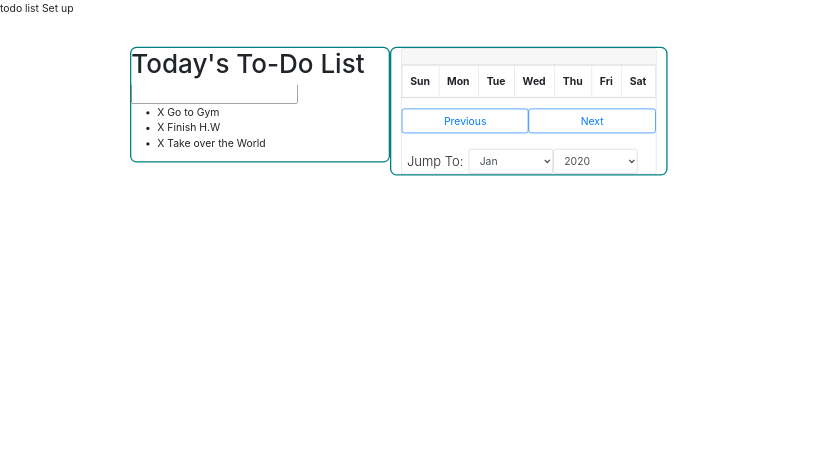
Repository: kkyler24/DayPlanner
Page: Index.html
The author's editor kept a copy of each file at every save. The page is drawn from the files as they stood at one save, then again after the next save.
The browser window is 1280 px wide. The pictures show the whole page, at 65% of full size.
Some web libraries are served in a nearby version.

Above is the page before, as saved 2020-03-29 20:30:35.

After the next save:
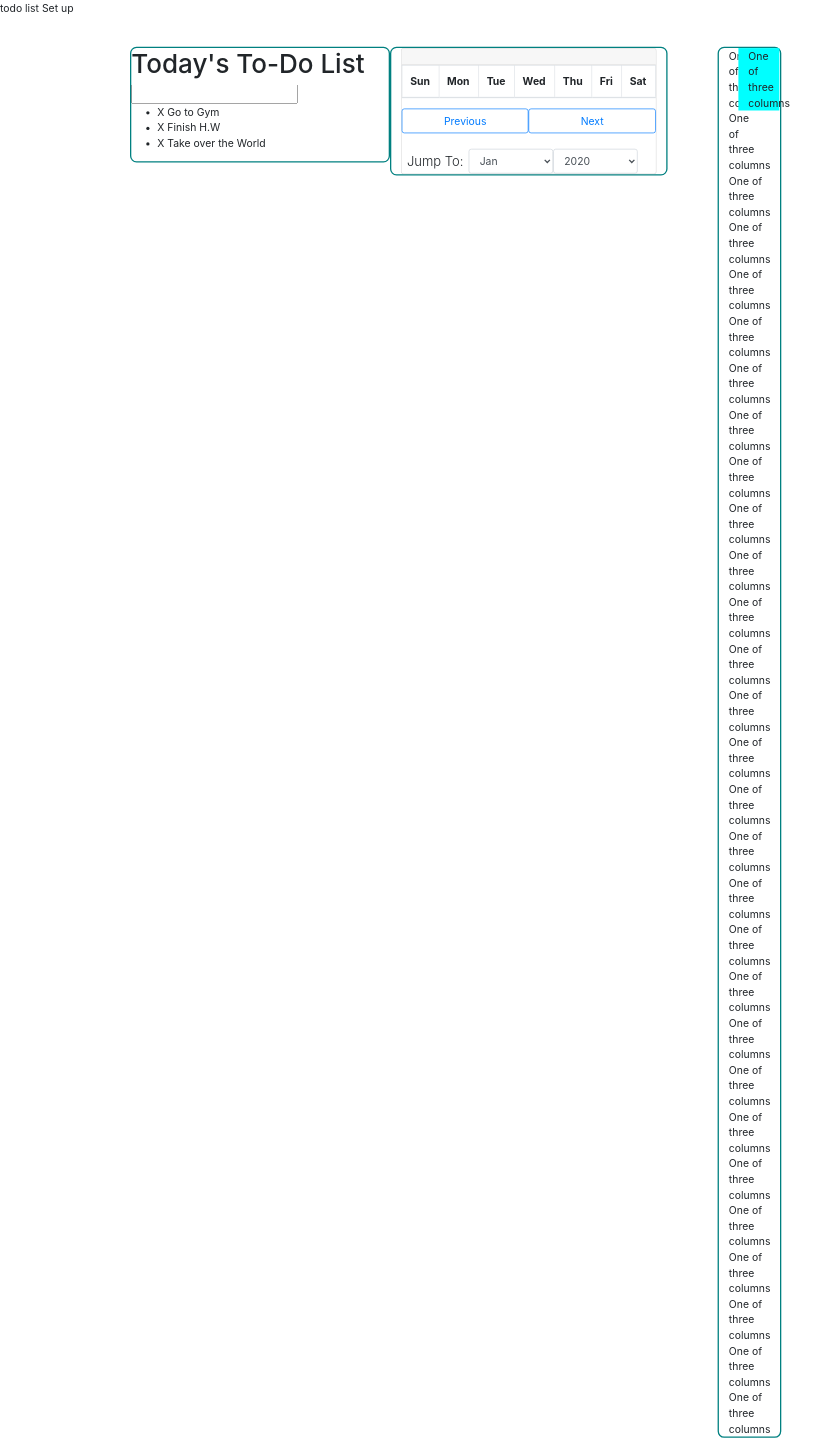
Saved 2 min 47 s later.
--- a/Index.html
+++ b/Index.html
@@ -98,7 +98,7 @@ todo list Set up
 
 <!-- <----Scheduler -->
 </Div>
-<!-- <Div class="d-flex justify-content-center" style="display: none">
+<Div class="d-flex justify-content-center" style="display: none">
     <div class="container workday ">
         <div id="time8am"class="row">
           <div class="col-2">
@@ -212,8 +212,7 @@ todo list Set up
           </div>
       </div>
 
-    </Div> -->
-
+    </Div>
 </Div>
 
 </Main>
